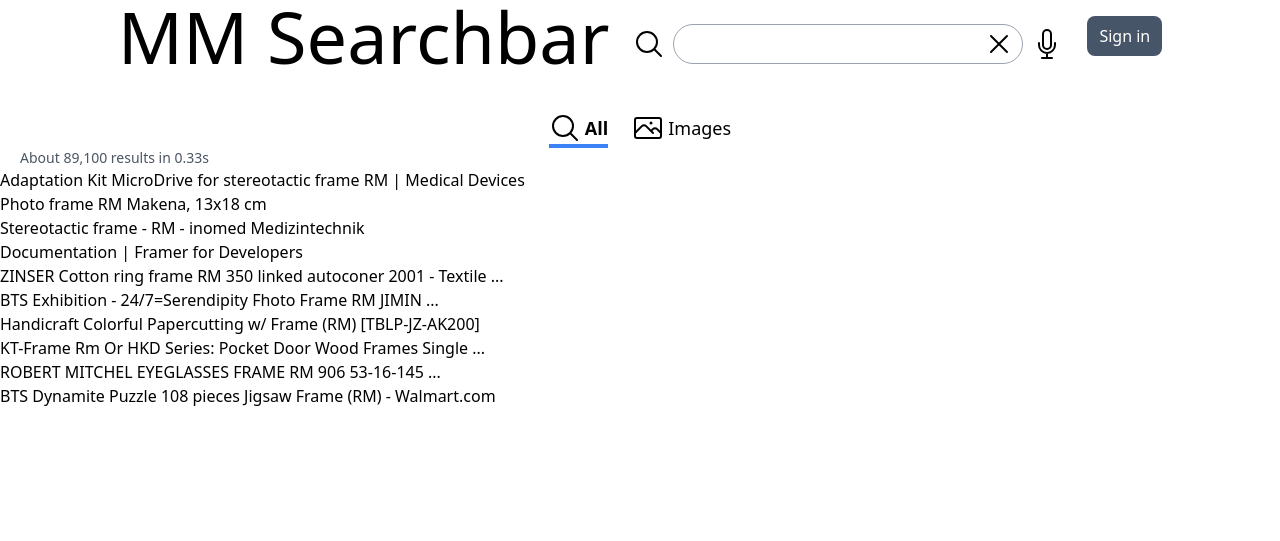
Repository: michalmilek/minigoogle
Page: /search
An editor plug-in stored every save of this project. The page is shown before and after the next save, followed by the edit.
The browser window is 1280 px wide. The pictures show the whole page.
The page's requests for data from a server got no answer. The project was rebuilt for these pictures with package versions that can differ from the ones it lists, and the page was loaded fresh each time. The framework's server and built-in components were replaced by stand-ins that run in the browser. No one was signed in, and anything a server would have sent is missing. Also part of the build but not shown: next.config.js, Response.ts.

Above is the page before, as saved 2023-02-14 01:39:39.

After the next save:
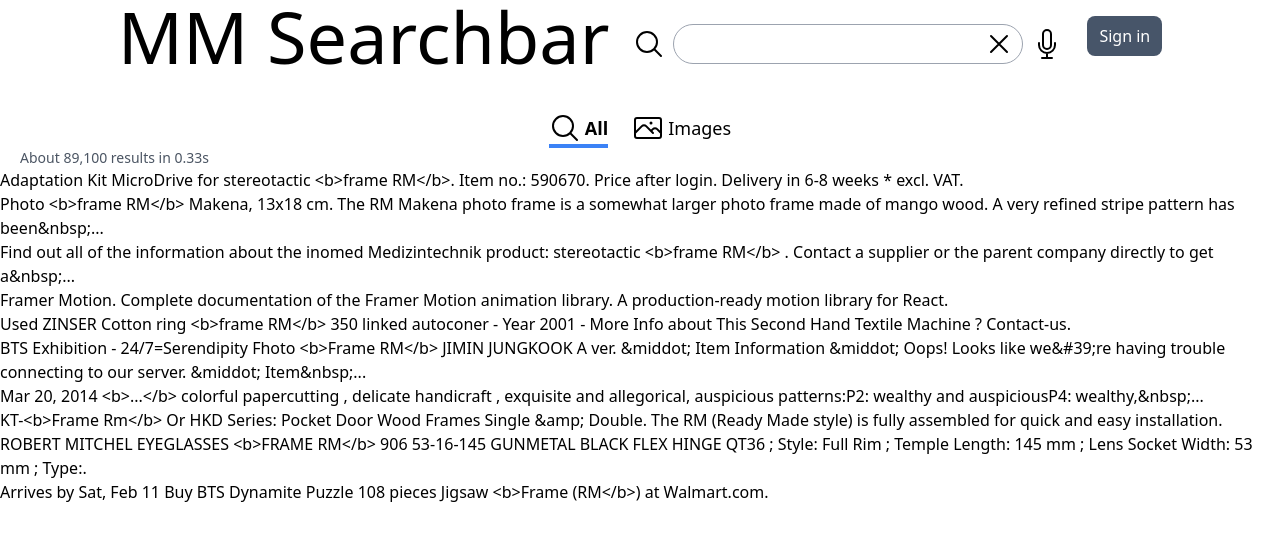
Saved 70 s later.
--- a/components/SearchResults.tsx
+++ b/components/SearchResults.tsx
@@ -9,7 +9,7 @@
       </p>
       {results.items.map((result): any => (
         <div key={result.link}>
-          <p>{result.title}</p>
+          <p>{result.htmlSnippet}</p>
         </div>
       ))}
     </div>
